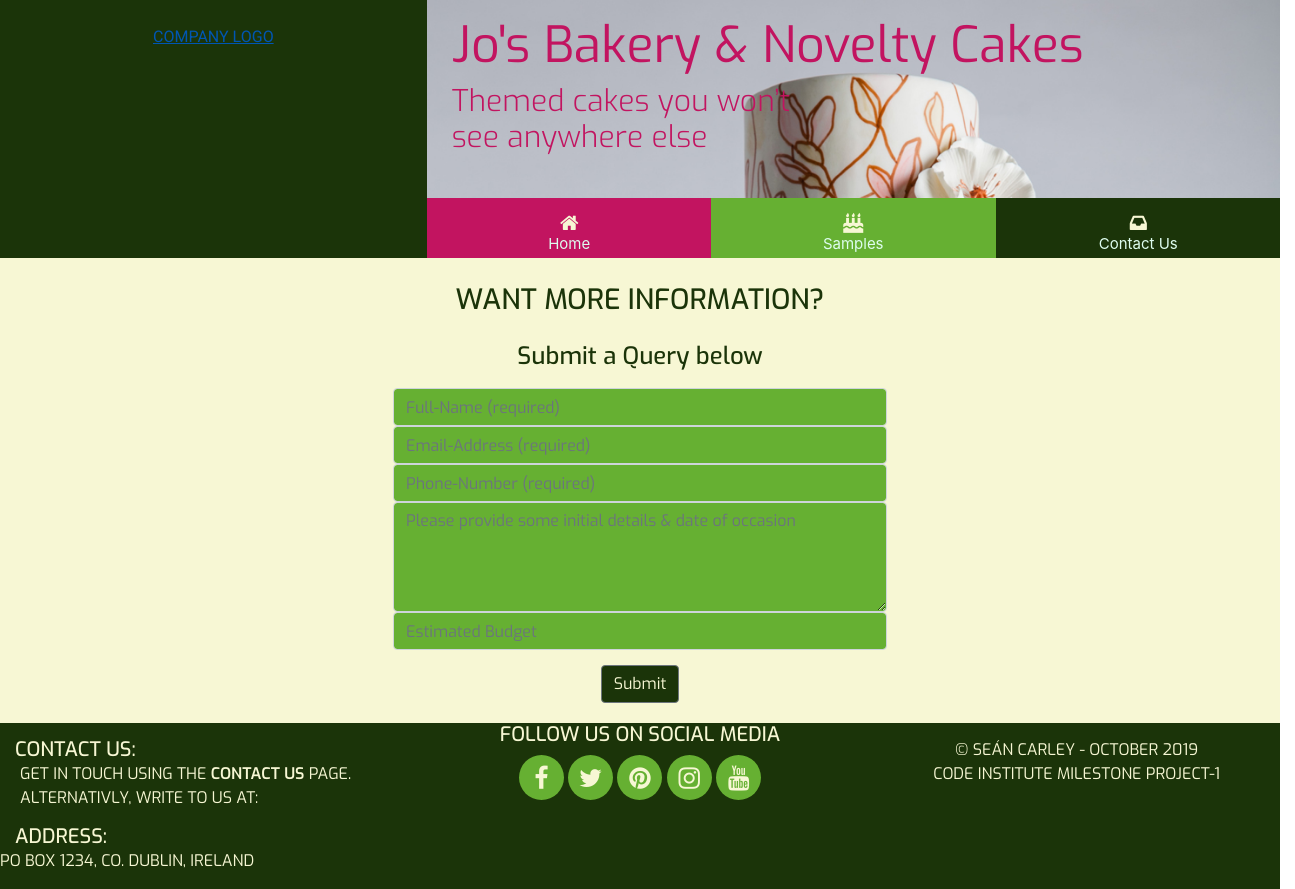
Repository: seanjcarley/Milestone1
Page: contact.html
The author's editor kept a record of every edit. The page is drawn from the files as they stood at one moment, then again after the next edit.
The browser window is 1280 px wide. The page is 1295 px wide, so the pictures cover 1295 px, including what lies to the right of the window. The pictures show the whole page.

Above is the page before.

### contact.html
<!DOCTYPE html>
<html lang="en">

<head>
    <meta charset="UTF-8">
    <meta name="viewport" content="width=device-width, initial-scale=1.0">
    <meta http-equiv="X-UA-Compatible" content="ie=edge">
    <link rel="stylesheet" href="https://stackpath.bootstrapcdn.com/bootstrap/4.3.1/css/bootstrap.min.css" type="text/css" />
    <link rel="stylesheet" href="https://stackpath.bootstrapcdn.com/font-awesome/4.7.0/css/font-awesome.min.css" type="text/css">
    <link rel="stylesheet" href="https://cdnjs.cloudflare.com/ajax/libs/hover.css/2.3.1/css/hover-min.css" type="text/css">
    <link rel="stylesheet" href="css/style.css">
    <title>Jo's Bakery and Novelty Cakes</title>
</head>

<body>
    <header>
        <div class="row no-gutters">
            <a href="#" class="col-md-4 logo">COMPANY LOGO</a>
            <div class="col-md-8 cake-image">
                <div class="row no-gutters">
                    <div class="col page-header">
                        <h1 class="name caps">Jo's Bakery & Novelty Cakes</h1>
                        <h2 class="tag-line caps">Themed cakes you won’t<br/>see anywhere else</h2>
                    </div>
                </div>
                <div class="row no-gutters">
                    <div class="col">
                        <ul id="nav" class="list-inline menucontainer">
                            <li class="col col-sm-4 menu-item-color-home list-inline-item menuitem">
                                <a class="hvr-sweep-to-right" href="index.html"><i class="fa fa-home" aria-hidden="true"></i><span>Home</span></a>
                            </li>
                            <li class="col col-sm-4 menu-item-color-samples list-inline-item menuitem">
                                <a class="hvr-sweep-to-right" href="showcase.html"><i class="fa fa-birthday-cake" aria-hidden="true"></i><span>Samples</span></a>
                            </li>
                            <li class="col col-sm-4 menu-item-color-contact list-inline-item menuitem">
                                <a class="hvr-sweep-to-right" href="contact.html"><i class="fa fa-inbox" aria-hidden="true"></i><span>Contact Us</span></a>
                            </li>
                        </ul>
                    </div>
                </div>
            </div>
        </div>
    </header>
    <section class="container-fluid section-color">
        <div class="row">
            <div class="col-md-2"></div>
            <div class="col-md-8">
                <h3 class="form-heading uppercase">Want more Information?</h3>
                <h4 class="form-heading">Submit a Query below</h4>
                <div class="center-form">
                    <form>
                        <input type="text" name="fullname" id="name-field" class="form-control" placeholder="Full-Name (required)" required/>
                        <input type="text" name="emailaddress" id="email-field" class="form-control" placeholder="Email-Address (required)" required/>
                        <input type="text" name="phonenumber" id="phone-field" class="form-control" placeholder="Phone-Number (required)" required/>
                        <textarea rows="4" name="details" id="desc-field" class="form-control" placeholder="Please provide some initial details & date of occasion"></textarea>
                        <input type="text" name="budget" id="budget-field" class="form-control" placeholder="Estimated Budget"/>
                        <!--***Possible slider for selecting budget***
                        <label>Estimated Budget</label>
                        <input type="range" min="100" max="1000"/>-->
                        <div class="form-row text-center">
                            <div class="col">
                                <button type="submit" class="btn btn-secondary">Submit</button>
                            </div>
                        </div>
                    </form>
                </div>
            </div>
            <div class="col-md-2"></div>
        </div>
    </section>
     <footer class="footer-color">
        <div class="row">
            <div class="col-md-4">
                <!--<h1>FOOTER1</h1>-->
                <h5 class="footer-h5 uppercase">Contact us: </h5>
                <p class="footer-text uppercase">Get in touch using the <a href="contact.html"><span class="bold">Contact us</span></a> page. Alternativly, write to us at:</p>
                <h5 class="footer-h5 uppercase">Address: </h5>
                <p class="footer-address uppercase">
                    PO Box 1234, <!--<br/>-->
                    Co. Dublin, <!--<br/>-->
                    Ireland
                </p>
            </div>
            <div class="col-md-4 social">
                <!--<h1>FOOTER2</h1>-->
                <h5 class="uppercase">Follow us on Social Media</h5>
                <ul class="list-inline social-icons">
                    <li class="list-inline-item socialitem">
                        <a target="_blank" href="#">
                            <i class="fa fa-facebook" aria-hidden="true"></i>
                            <span class="sr-only">Facebook</span> <!-- This will be read by a screen reader. It does not show on the page -->
                        </a>
                    </li>
                    <li class="list-inline-item socialitem">
                        <a target="_blank" href="#">
                            <i class="fa fa-twitter" aria-hidden="true"></i>
                            <span class="sr-only">Twitter</span> <!-- This will be read by a screen reader. It does not show on the page -->
                        </a>
                    </li>
                    <!--<li class="list-inline-item socialitem">
                        <a target="_blank" href="#">
                            <i class="fa fa-linkedin" aria-hidden="true"></i>
                            <span class="sr-only">LinkedIn</span>
                        </a>
                    </li>-->
                    <li class="list-inline-item socialitem">
                        <a target="_blank" href="#">
                            <i class="fa fa-pinterest" aria-hidden="true"></i>
                            <span class="sr-only">Pinterest</span> <!-- This will be read by a screen reader. It does not show on the page -->
                        </a>
                    </li>
                    <li class="list-inline-item socialitem">
                        <a target="_blank" href="#">
                            <i class="fa fa-instagram" aria-hidden="true"></i>
                            <span class="sr-only">Instagram</span> <!-- This will be read by a screen reader. It does not show on the page -->
                        </a>
                    </li>
                    <li class="list-inline-item socialitem">
                        <a target="_blank" href="#">
                            <i class="fa fa-youtube" aria-hidden="true"></i>
                            <span class="sr-only">YouTube</span> <!-- This will be read by a screen reader. It does not show on the page -->
                        </a>
                    </li>
                </ul>
            </div>
            <div class="col-md-4 copyrite uppercase">
                <!--<h1>FOOTER3</h1>-->
                &copy; Seán Carley - October 2019
                <br/> Code Institute Milestone Project-1
            </div>
        </div>
    </footer>
</body>

</html>

### css/style.css
@import url('https://fonts.googleapis.com/css?family=Roboto:100,200,300,400,500,600,700|Exo:100,200,300,400,500,600,700');

/*----------------------------------------------------------------------------*/
/* Colours */
/*----------------------------------------------------------------------------*/

.menu-item-color-home {
    background-color: #C21460;
    color: #F7F7D4;
}

.menu-item-color-samples {
    background-color: #66B032;
    color: #F7F7D4;
}

.menu-item-color-contact {
    background-color: #1B3409;
    color: #F7F7D4;
}

.section-color {
    background-color: #F7F7D4;
    color: #1B3409;
}

.side-section {
    background-color: #66B032;
}

.footer-color {
    background-color: #1B3409;
    color: #F7F7D4;
}

/*----------------------------------------------------------------------------*/
/* Body */
/*----------------------------------------------------------------------------*/

body {
    margin: 0;
    min-height: 100%;
}

/*----------------------------------------------------------------------------*/
/* Header */
/*----------------------------------------------------------------------------*/

header {
    margin: 20;
    background-color: #fefe33;
}

.cake-image {
    background: url("../images/980x1123Slider_0004_Slider_2_Left.jpg");
    background-size: cover;
}

.page-header {
    margin-top: 15px;
    margin-bottom: 35px;
}

.name {
    font-family: "Exo", sans-serif;
    font-weight: 400;
    font-size: 50px;
    margin-left: 25px;
    color: #C21460;
}

.tag-line {
    font-family: "Exo", sans-serif;
    font-weight: 300;
    font-size: 30px;
    margin-left: 25px;
    color: #C21460;
    /*color: #66B032;*/
}

.logo {
    background: url("#");
    background-position: center;
    background-repeat: no-repeat;
    background-size: cover;
    background-color: #1B3409;
    font-family: "Roboto", sans-serif;
    text-align: center;
    padding-top: 25px;
    min-height: 240px;
}

.list-inline-item:not(:last-child) {
    margin-right: 0;
}

.menucontainer {
    font-size: 0;
}

#nav li {
    font-size: 14px;
    padding: 0;
}

#nav {
    margin: 0;
}

.menuitem {
    height: 60px;
    text-align: center;
    padding: 0;
}

.menuitem a {
    width: 100%;
    text-decoration: none;
    color: #defdef;
    height: 100%;
}

.menuitem a i {
    padding-top: 15px;
    display: block;
    color: #F7F7D4;;
    font-size: 20px;
}

.menuitem span {
    display: block;
    font-size: 15px;
}

.hvr-sweep-to-bottom:before,
.hvr-sweep-to-top:before,
.hvr-sweep-to-right:before {
    background: rgba(0, 0, 0, 0.2);
    height: 60px;
}

/*----------------------------------------------------------------------------*/
/* Index Section */
/*----------------------------------------------------------------------------*/

section {
    margin: 0;
    font-family: "Exo", sans-serif;
}

.main-section {
    padding-left: 15px;
}

.origin {
    text-align: center;
    padding-top: 15px;
}

.section-txt {
    margin: 15px;
}

.section-txt a {
    text-decoration: none;
    color: #1B3409;
}

.section-txt a:hover {
    color: #C21460;
}

.question {
    text-align: center;
}

/*----------------------------------------------------------------------------*/
/* Contact Section */
/*----------------------------------------------------------------------------*/

.form-heading {
    font-family: "Exo", sans-serif;
    font-weight: 500;
    margin-top: 25px;
    /*margin-bottom: ;*/
    text-align: center;
}

.center-form {
    padding-top: 10px;
    margin: 0 auto;
    max-width: 60%;
    text-align: center;
}

button[type="submit"] {
    margin-top: 15px;
    margin-bottom: 20px;
    color: #F7F7D4;
    background-color: #1B3409;
}

button[type="submit"]:hover {
    color: #66B032;
    background-color: #C21460;
    font-weight: 300;
     transition: all 0.35s ease-in-out;
    -moz-transition: all 0.35s ease-in-out;
    -webkit-transition: all 0.35s ease-in-out;
    -o-transition: all 0.35s ease-in-out;
}

#name-field {
    background-color: #66B032;
    color: #F7F7D4;
}

#email-field {
    background-color: #66B032;
    color: #F7F7D4;
}

/* Trying to overe ride the color of the placeholder text on the form */
/*#email-field:before {
    background-color: #66B032;
    color: #66B032;
}*/

#phone-field {
    background-color: #66B032;
    color: #F7F7D4;
}

#desc-field {
    background-color: #66B032;
    color: #F7F7D4;
}

#budget-field {
    background-color: #66B032;
    color: #F7F7D4;
}

/*----------------------------------------------------------------------------*/
/* Footer */
/*----------------------------------------------------------------------------*/

footer {
    margin: 0;
    font-family: "Exo", sans-serif;
}

.footer-text {
    margin: 0;
    padding-left: 20px;
    padding-top: 0;
}

.footer-text a {
    text-decoration: none;
    color: #F7F7D4;
}

.footer-text a:hover {
    color: #66B032;
}

.footer-h5 {
    margin: 0;
    padding-left: 15px;
    padding-top: 15px;
}

.copyrite {
    text-align: center;
    margin-top: 15px;
    font-size: 100;
}

.social {
    text-align: center;
    /*margin-top: 15px;*/
}

/*.social-icons li a {

}*/

.social-icons li a i {
    width: 45px;
    height: 45px;
    padding: 6px 0;
    /*margin-top: 5px;*/
    border-radius: 50%;
    font-size: 25px;
    background-color: #66B032;
    color: #F7F7D4;
    text-align: center;
    line-height: 35px;
    transition: all 0.35s ease-in-out;
    -moz-transition: all 0.35s ease-in-out;
    -webkit-transition: all 0.35s ease-in-out;
    -o-transition: all 0.35s ease-in-out;
}

.social-icons li a i:hover {
    background-color: #C21460;
    color: #66B032;
}

.socialitem span {
    display: block;
    width: 100%;
    font-size: 35px;
}

.bold {
    font-weight: 600;
}

.uppercase {
    text-transform: uppercase;
}

/*----------------------------------------------------------------------------*/
/* Media Queries */
/*----------------------------------------------------------------------------*/

@media (max-width:767px) {
    .logo {
        display: none;
    }

    .page-header {
    margin-top: 15px;
    margin-bottom: 10px;
    color: #F7F7D4;
    }

    .desktop {
        display: none;
    }
}

After the next edit:
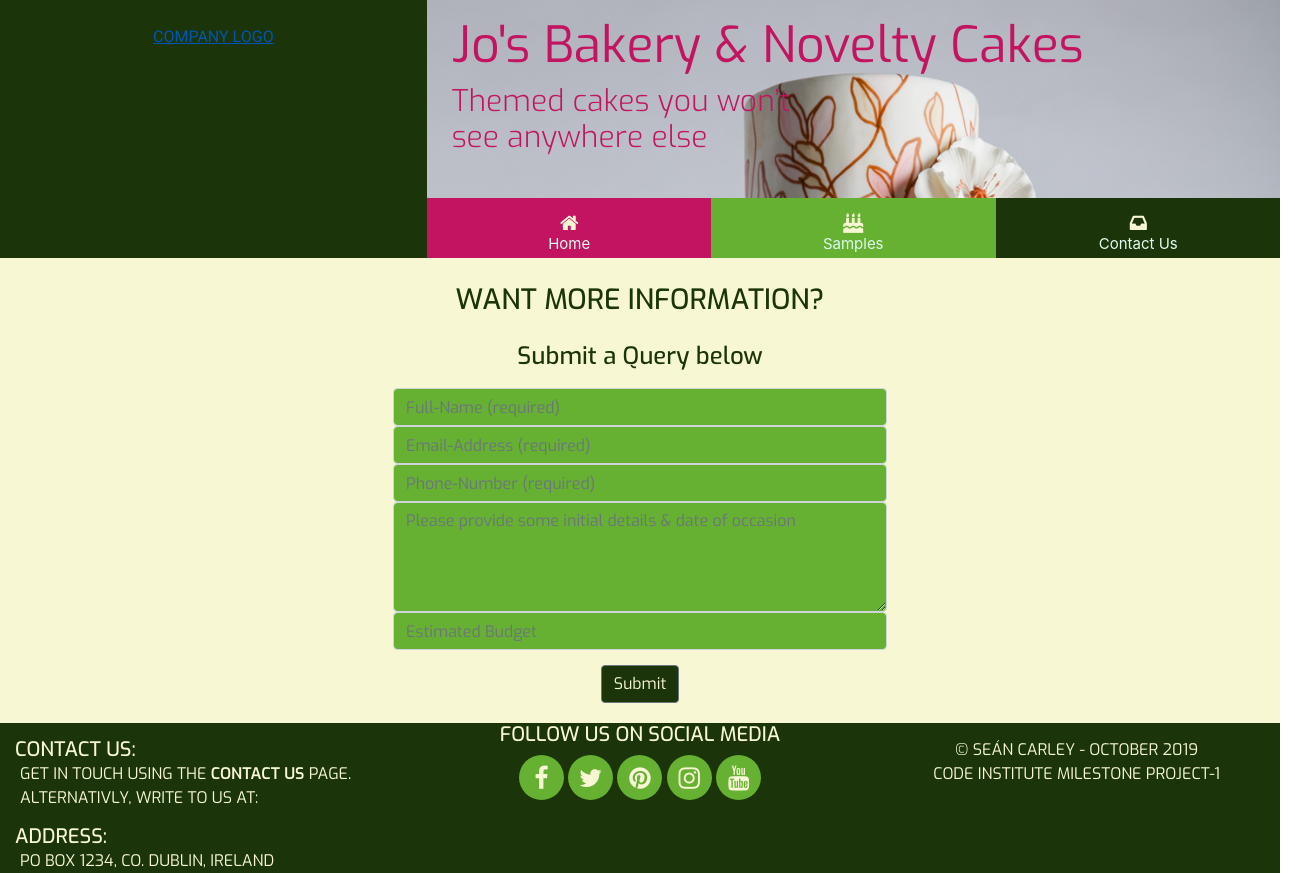
The edit:
--- a/css/style.css
+++ b/css/style.css
@@ -271,6 +271,12 @@
     padding-top: 15px;
 }
 
+.footer-address {
+    margin: 0;
+    padding-left: 20px;
+    padding-top: 0;
+}
+
 .copyrite {
     text-align: center;
     margin-top: 15px;
